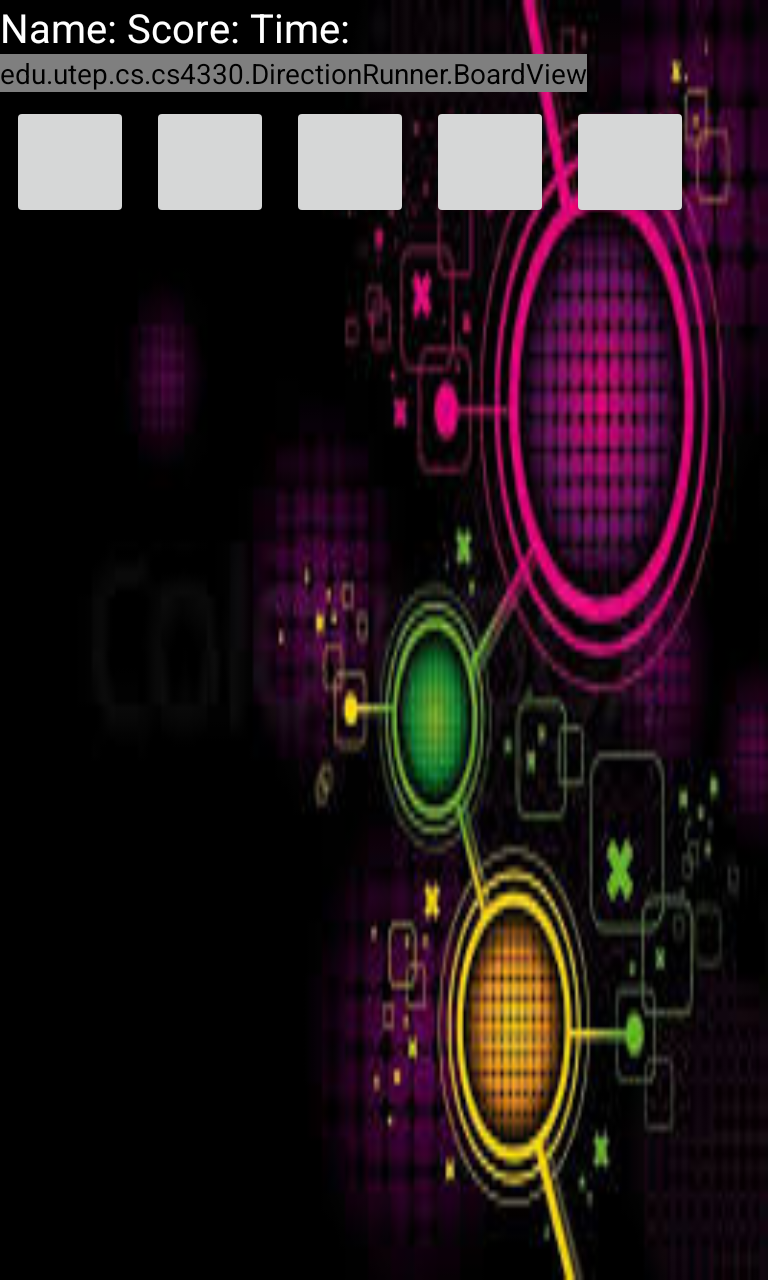
Repository: RedJaVa68/DirectionRunner
Layout: DirectionRunner/res/layout/game_activity.xml
The author's editor kept a copy of each file at every save. The layout is drawn from the files as they stood at one save, then again after the next save.
Pictures or frames that could not be fetched are drawn as grey boxes. It is drawn on a 768 x 1280 px phone screen (xhdpi) without system bars, with theme AppTheme; the app's code is not run.

Above is the layout before, as saved 2015-05-07 00:45:40.

### DirectionRunner/res/layout/game_activity.xml
<?xml version="1.0" encoding="utf-8"?>
<ScrollView
    android:layout_width="match_parent"
    android:layout_height="match_parent"
    android:fillViewport="true"
    xmlns:android="http://schemas.android.com/apk/res/android">
<LinearLayout
    android:layout_width="fill_parent"
    android:layout_height="wrap_content"
    android:orientation="vertical"
    android:weightSum="3"
    android:background="@drawable/bg">
    <LinearLayout
        android:layout_width="wrap_content"
        android:layout_height="wrap_content"
        android:orientation="horizontal">
        <TextView
            android:id="@+id/nameText"
            android:layout_width="wrap_content"
            android:layout_height="wrap_content"
            android:text="Name: "
            android:textSize="20sp"
            android:textColor="#ffffff"/>"
        <TextView
            android:id="@+id/scoreText"
            android:layout_width="wrap_content"
            android:layout_height="wrap_content"
            android:text="Score: "
            android:textSize="20sp"
            android:textColor="#ffffff"/>
        <TextView
            android:id="@+id/clock"
            android:layout_width="wrap_content"
            android:layout_height="wrap_content"
            android:text="Time: "
            android:textSize="20sp"
            android:textColor="#ffffff"/>

    </LinearLayout>
    <edu.utep.cs.cs4330.DirectionRunner.BoardView
        android:id="@+id/boardView"
        android:layout_width="wrap_content"
        android:layout_height="wrap_content"/>
    <LinearLayout
        android:layout_width="wrap_content"
        android:layout_height="wrap_content"
        android:orientation="horizontal">
        <Button
        	android:id="@+id/button1"
        	android:layout_width="60dp"
        	android:layout_height="60dp"
        	android:layout_margin="5dp"
        	android:onClick="button1"/>
        <Button
            android:id="@+id/button2"
            android:layout_width="60dp"
            android:layout_height="60dp"
            android:layout_margin="5dp"
            android:onClick="button2"/>
        <Button
        	android:id="@+id/button3"
        	android:layout_width="60dp"
        	android:layout_height="60dp"
        	android:layout_margin="5dp"
        	android:onClick="button3"/>
        <Button
            android:id="@+id/button4"
            android:layout_width="60dp"
            android:layout_height="60dp"
            android:layout_margin="5dp"
            android:onClick="button4"/>
        <Button
        	android:id="@+id/button5"
        	android:layout_width="60dp"
        	android:layout_height="60dp"
        	android:layout_margin="5dp"
        	android:onClick="button5"/>
    </LinearLayout>
    <LinearLayout
        android:layout_width="fill_parentt"
        android:layout_height="wrap_content"
        android:orientation="horizontal">
        <Button
            android:id="@+id/reset"
            android:layout_width="fill_parent"
            android:layout_height="wrap_content"
            android:text="Start Over"
            android:background="#00F5FF"
            android:onClick="reset"
            android:layout_margin="5dp"/>
    	<Button
        	android:id="@+id/quit"
        	android:layout_width="fill_parent"
        	android:layout_height="wrap_content"
        	android:text="Quit"
        	android:background="#00F5FF"
       	    android:onClick="quit"
       	    android:layout_margin="5dp"/>


    </LinearLayout>

</LinearLayout>
</ScrollView>

Loaded but not shown: DirectionRunner/res/values/styles.xml (common file); DirectionRunner/res/values-v11/styles.xml (common file); DirectionRunner/res/values-v14/styles.xml (common file)

After the next save:
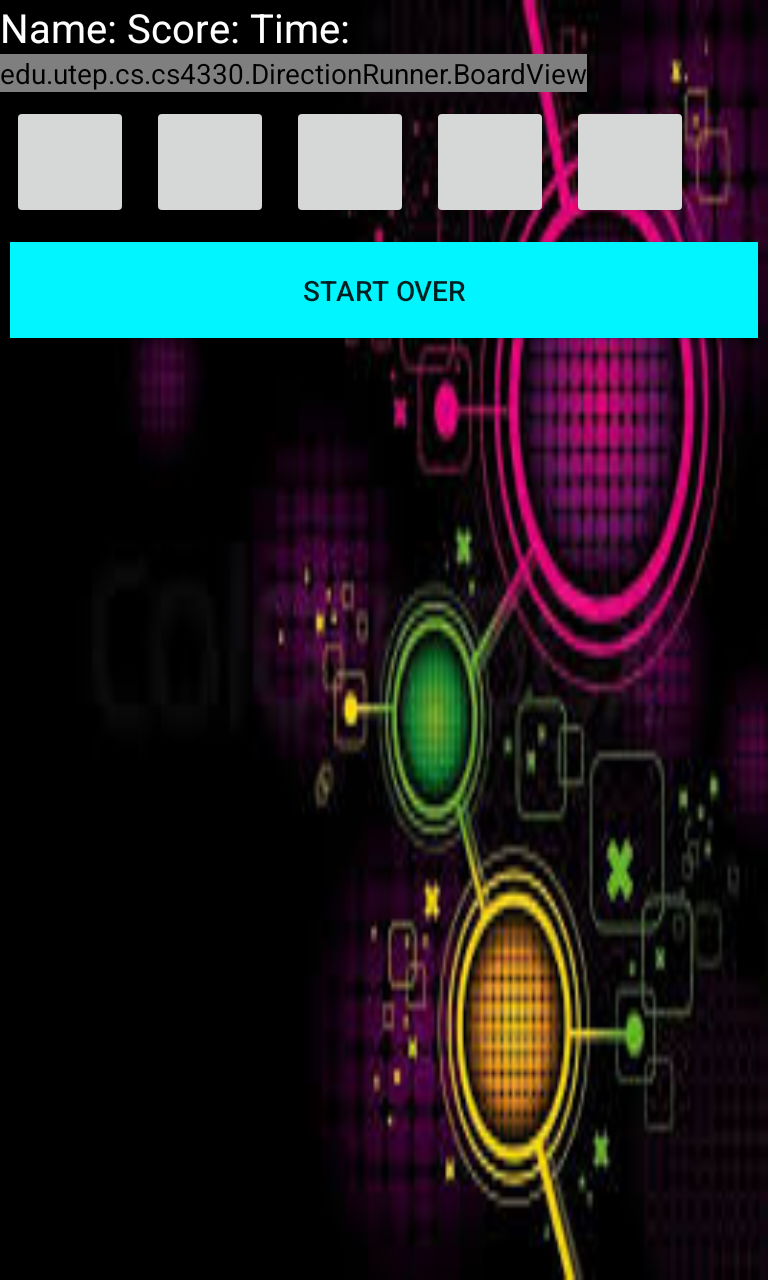
Saved 11 s later.
--- a/DirectionRunner/res/layout/game_activity.xml
+++ b/DirectionRunner/res/layout/game_activity.xml
@@ -77,7 +77,7 @@
         	android:onClick="button5"/>
     </LinearLayout>
     <LinearLayout
-        android:layout_width="fill_parentt"
+        android:layout_width="fill_parent"
         android:layout_height="wrap_content"
         android:orientation="horizontal">
         <Button
